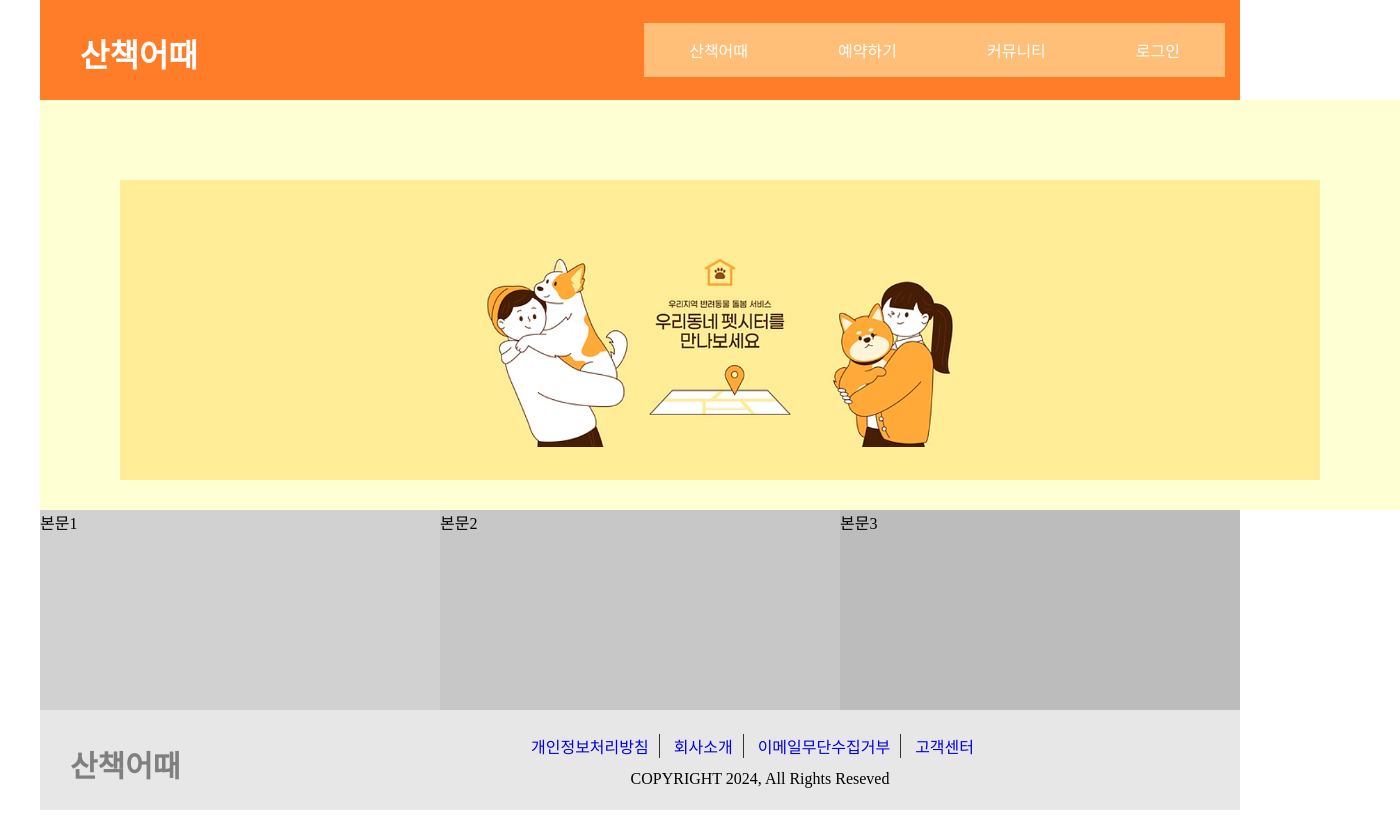
Repository: to-flatwhite1/portfolio
Page: http://localhost/JSP/
The author's editor kept a copy of each file at every save. The page is drawn from the files as they stood at one save, then again after the next save.
The browser window is 1280 px wide. The page is 1400 px wide, then 1280 px, then 1400 px, so the pictures cover 1400 px, including what lies to the right of the window. The pictures show the whole page.
The page is served by Tomcat 9.

Above is the page before, as saved 2024-07-04 04:51:59.

After the next save:
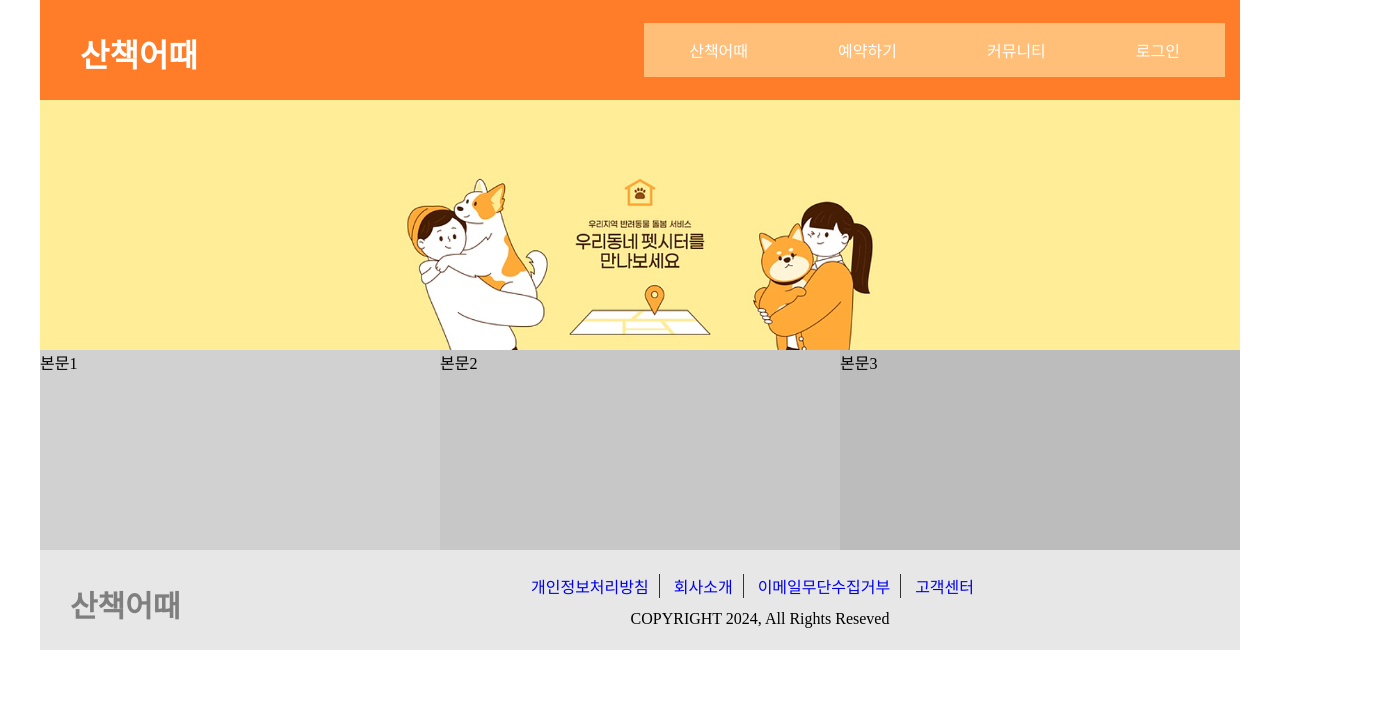
Saved 50 s later.
--- a/JSP/src/main/webapp/index.css
+++ b/JSP/src/main/webapp/index.css
@@ -86,7 +86,7 @@
 #slide .slide_list{
 	width: 100%;
 	height: 250px;
-	padding:80px;
+
 	background-color: #FEFFD2;
 }
 

After the save that followed:
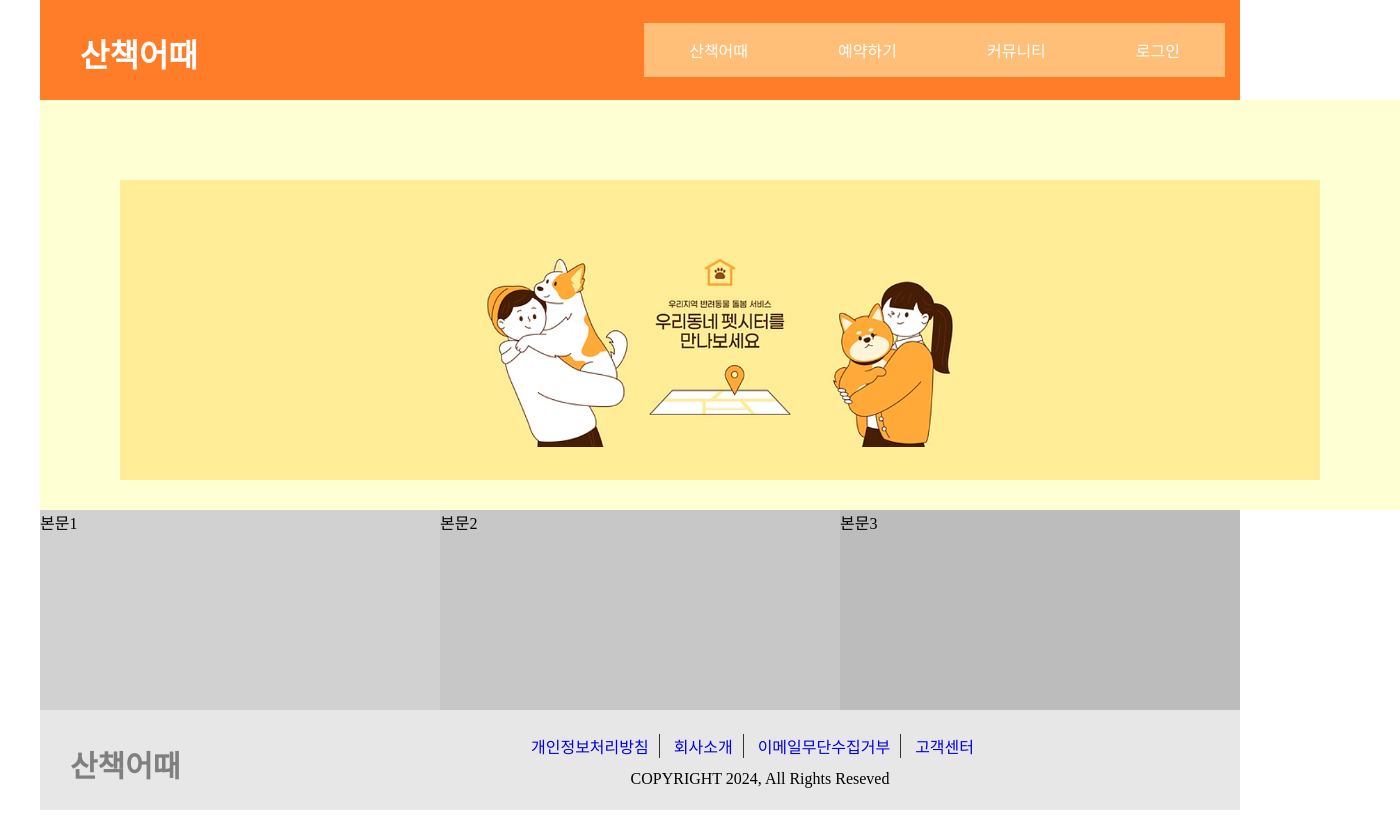
Saved 6 s later.
--- a/JSP/src/main/webapp/index.css
+++ b/JSP/src/main/webapp/index.css
@@ -86,7 +86,7 @@
 #slide .slide_list{
 	width: 100%;
 	height: 250px;
-
+	padding:80px;
 	background-color: #FEFFD2;
 }
 
